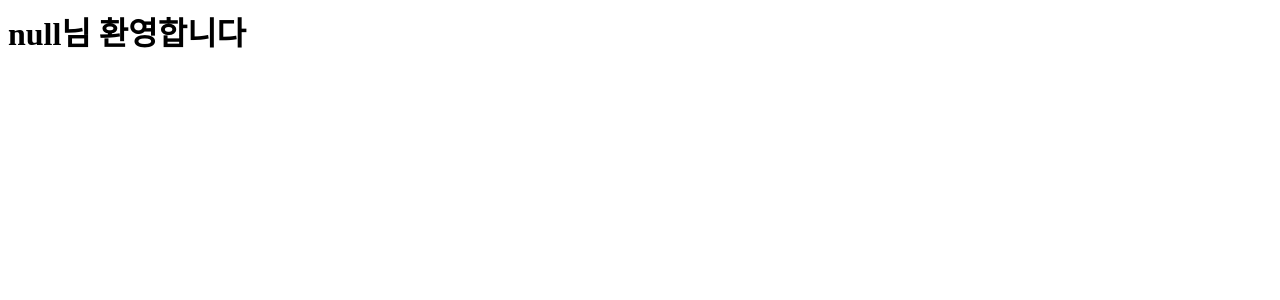
Repository: sunny-great/class_JSP
Page: http://localhost/day39_2/Hello
The author's editor kept a copy of each file at every save. The page is drawn from the files as they stood at one save, then again after the next save.
The browser window is 1280 px wide. The pictures show the whole page.
The page is served by Tomcat 9.

Above is the page before, as saved 2024-05-08 08:47:05.

### day39_2/src/main/java/com/servlet/app/MyServlet.java
package com.servlet.app;

import java.io.IOException;
import java.io.PrintWriter;

import javax.servlet.ServletException;
import javax.servlet.http.HttpServlet;
import javax.servlet.http.HttpServletRequest;
import javax.servlet.http.HttpServletResponse;

/**
 * Servlet implementation class MyServlet
 */
//@WebServlet("/Hello")
public class MyServlet extends HttpServlet {
	private static final long serialVersionUID = 1L;

    /**
     * @see HttpServlet#HttpServlet()
     */
    public MyServlet() {
        super();
        // TODO Auto-generated constructor stub
    }

	/**
	 * @see HttpServlet#doGet(HttpServletRequest request, HttpServletResponse response)
	 */
	protected void doGet(HttpServletRequest request, HttpServletResponse response) throws ServletException, IOException {
		// TODO Auto-generated method stub
//		response.getWriter().append("Served at: ").append(request.getContextPath());

		//request객체가 가지고 있는 데이터를 꺼내고 싶다면
		//getParameter() 메소드를 사용한다
		//getParameter(데이터이름name속성의 값)
		//꺼내고 싶은 데이터의 이름을 넘겨주면 된다
		//데이터의 이름은 html 파일 내 태그의 name 속성의 값과 동일하다
//		String name = request.getParameter("userName");
//		System.out.println(name);

		//response 객체는 getWriter()를 가지고 있다
		//getWriter()의 반환타입은 PrintWriter이다
		//즉, PrintWriter객체를 반환하며 이 객체는 스트림을 사용하는 출력하는 객체이다
		//이 객체에 print()메소드를 사용하면 클라이언트 화면에 보여줄
		//문자열을 응답 객체에 담을 수 있었다
		response.setContentType("text/html; charset=UTF-8");
		PrintWriter out = response.getWriter();
		out.print("<h1>" + request.getParameter("userName") + "님 환영합니다</h1>");
		out.close();
	}

	/**
	 * @see HttpServlet#doPost(HttpServletRequest request, HttpServletResponse response)
	 */
	protected void doPost(HttpServletRequest request, HttpServletResponse response) throws ServletException, IOException {
		// TODO Auto-generated method stub
		doGet(request, response);
	}

}

### day39_2/src/main/webapp/result.jsp
<%@ page language="java" contentType="text/html; charset=UTF-8"
    pageEncoding="UTF-8"%>
<!DOCTYPE html>
<html>
<head>
<meta charset="UTF-8">
<title>Insert title here</title>
</head>
<body>
	<!-- jsp 파일의 영역은 자바 명령을 작성할 수 있으며 스크립틀릿이라고 부른다  -->
	<h1><%=request.getParameter("userName") + "님 환영합니다" %></h1>
</body>
</html>

After the next save:
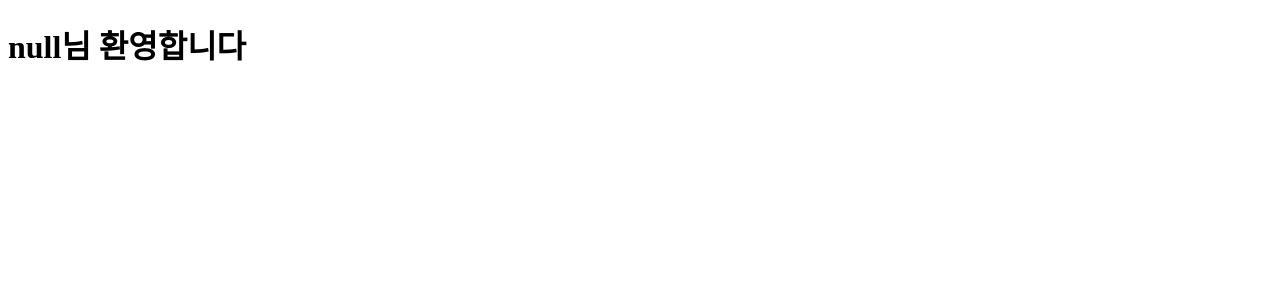
Saved 3 min 33 s later.
--- a/day39_2/src/main/java/com/servlet/app/MyServlet.java
+++ b/day39_2/src/main/java/com/servlet/app/MyServlet.java
@@ -43,10 +43,23 @@ public class MyServlet extends HttpServlet {
 		//즉, PrintWriter객체를 반환하며 이 객체는 스트림을 사용하는 출력하는 객체이다
 		//이 객체에 print()메소드를 사용하면 클라이언트 화면에 보여줄
 		//문자열을 응답 객체에 담을 수 있었다
-		response.setContentType("text/html; charset=UTF-8");
-		PrintWriter out = response.getWriter();
-		out.print("<h1>" + request.getParameter("userName") + "님 환영합니다</h1>");
-		out.close();
+//		response.setContentType("text/html; charset=UTF-8");
+//		PrintWriter out = response.getWriter();
+//		out.print("<h1>" + request.getParameter("userName") + "님 환영합니다</h1>");
+//		out.close();
+
+
+		//getRequestDispatcher("경로").forward(request, response)는
+		//다른 서블릿이나 jsp로 요청을 전달한다
+		//주로 클라이언트의 요청을 받아 다른 페이지로 이동시킬 때 사용한다
+		//getRequestDispatcher()는 request 객체가 가지고 있으며 request 객체를 전달할
+		//파일 경로를 매개변수로 넘겨줘야한다
+		//forward()에 request 객체를 넘겨주므로 request가 가지고 있는 데이터를
+		//유지한 채로 jsp파일로 이동한다
+		request.getRequestDispatcher("result.jsp").forward(request, response);
+
+
+
 	}
 
 	/**
